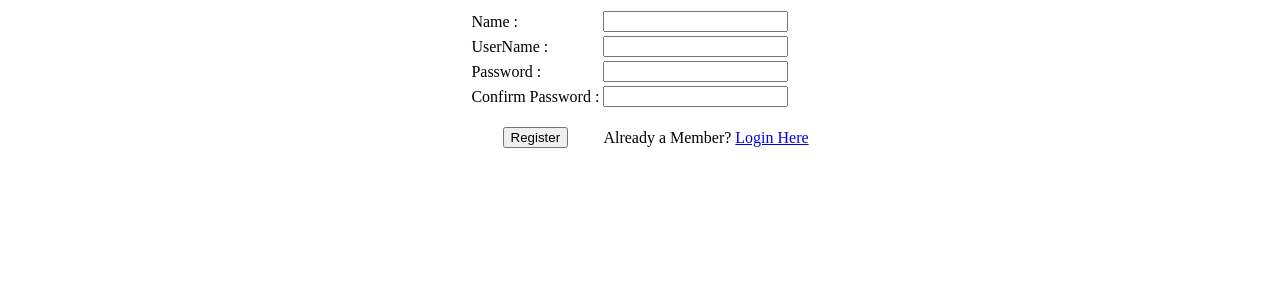
Repository: ShegokarSneha/Login-Registration
Page: http://localhost/LoginRegistration/Register.jsp
An editor plug-in stored every save of this project. The page is shown before and after the next save, followed by the edit.
The browser window is 1280 px wide. The pictures show the whole page.
The page is served by Tomcat 9. Nobody is signed in. The application's start-up code is not run. Other server files are loaded and not shown.

Above is the page before, as saved 2019-07-09 08:44:42.

### LoginRegistration/WebContent/Register.jsp
<%@ page language="java" contentType="text/html; charset=UTF-8"
	pageEncoding="UTF-8"%>
<!DOCTYPE html>
<html>
<head>
<meta charset="UTF-8">
<title>Insert title here</title>
</head>
<body>

		<form action="Registration" method = "post">
			<table align = "center">
				<tr>
					<td>Name :</td>
					<td><input type="text" name="name"></td>
				<tr>
					<td>UserName :</td>
					<td><input type="text" name="username"></td>
				<tr>
					<td>Password :</td>
					<td><input type="password" name="password"></td>
				<tr>
					<td>Confirm Password :</td>
					<td><input type="password" name="confirmpassword"></td>
				<tr>
					<td><p align = "center"><input type="Submit" name="Submit" value="Register">
						</p></td>
						<td>Already a Member? <a href="Login.jsp">Login Here</a></td>
			</table>
		</form>
</body>
</html>

After the next save:
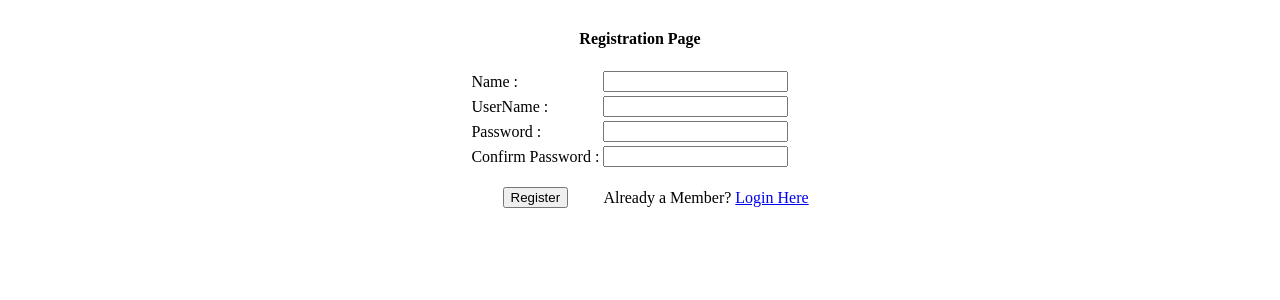
Saved 2 min 9 s later.
--- a/LoginRegistration/WebContent/Register.jsp
+++ b/LoginRegistration/WebContent/Register.jsp
@@ -10,6 +10,9 @@
 
 		<form action="Registration" method = "post">
 			<table align = "center">
+			<tr>
+			<th colspan="2" style = "padding:20px">Registration Page </th>
+			</tr>
 				<tr>
 					<td>Name :</td>
 					<td><input type="text" name="name"></td>
